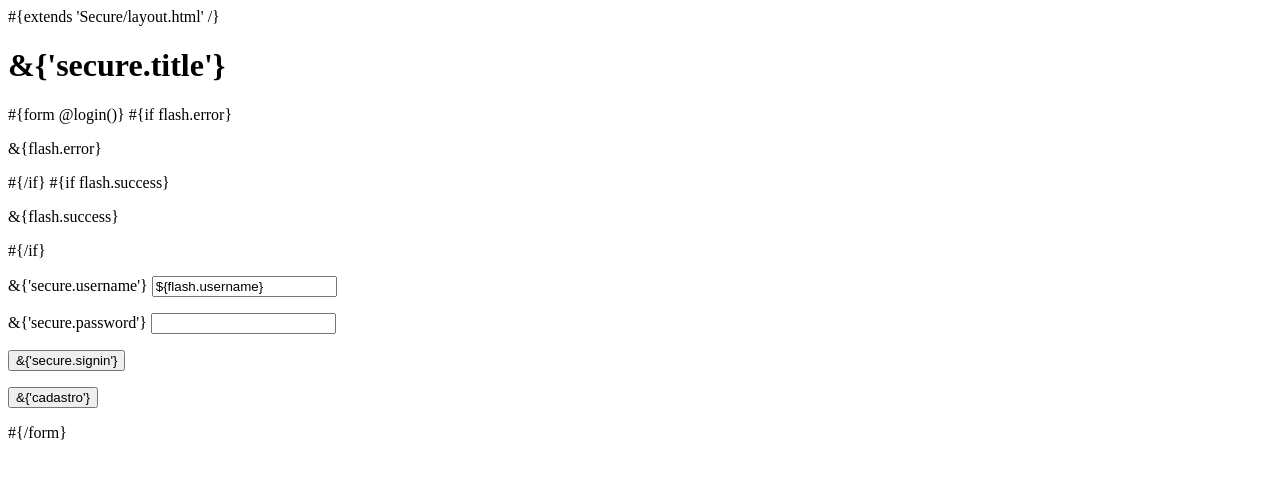
Repository: danilofonte/playframework-tutorial
Page: controleAcesso/app/views/Application/index.html
An editor plug-in stored every save of this project. The page is shown before and after the next save, followed by the edit.
The browser window is 1280 px wide. The pictures show the whole page.

Above is the page before, as saved 2014-02-05 15:28:25.

### controleAcesso/app/views/Application/index.html
#{extends 'Secure/layout.html' /}

<div id="login">

	<h1>&{'secure.title'}</h1>

	#{form @login()}

		#{if flash.error}
			<p class="error">
				&{flash.error}
			</p>
		#{/if}
		#{if flash.success}
			<p class="success">
				&{flash.success}
			</p>
		#{/if}

		<p id="username-field">
			<label for="email">&{'secure.username'}</label>
			<input type="text" name="user.email" id="email" value="${flash.username}" />
		</p>
		<p id="password-field">
			<label for="password">&{'secure.password'}</label>
			<input type="password" name="user.password" id="password" value="" />
		</p>
		<p id="signin-field">
			<input type="submit" id="signin" value="&{'secure.signin'}" />
		</p>
		<p id="signin-field">
			<a href="@{Application.cadastro()}"><input type="button" id="insert" value="&{'cadastro'}"/></a>
		</p>
	#{/form}
</div>

After the next save:
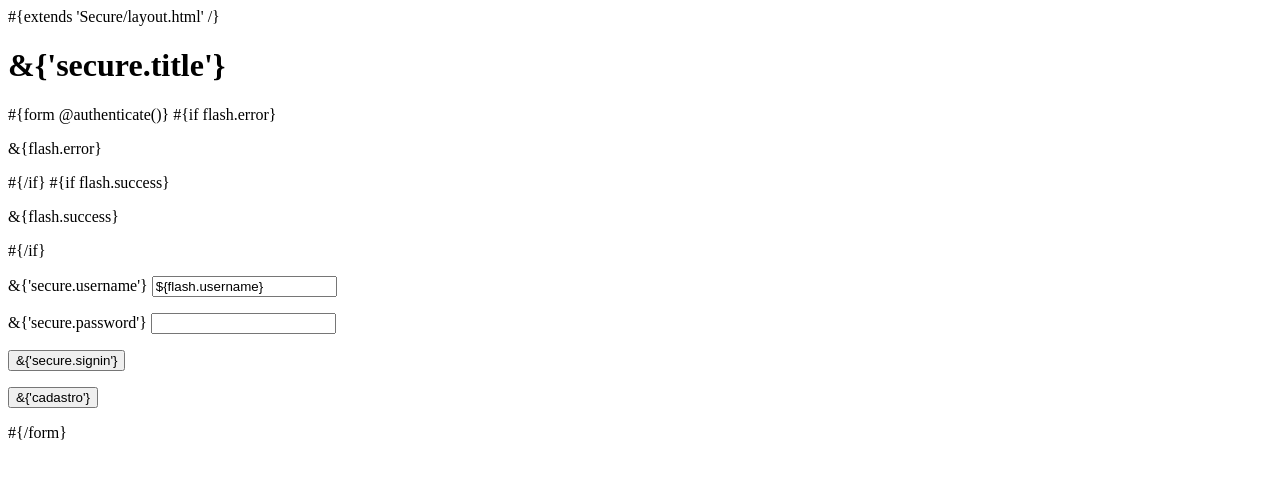
Saved 67 s later.
--- a/controleAcesso/app/views/Application/index.html
+++ b/controleAcesso/app/views/Application/index.html
@@ -4,7 +4,7 @@
 
 	<h1>&{'secure.title'}</h1>
 
-	#{form @login()}
+	#{form @authenticate()}
 
 		#{if flash.error}
 			<p class="error">
